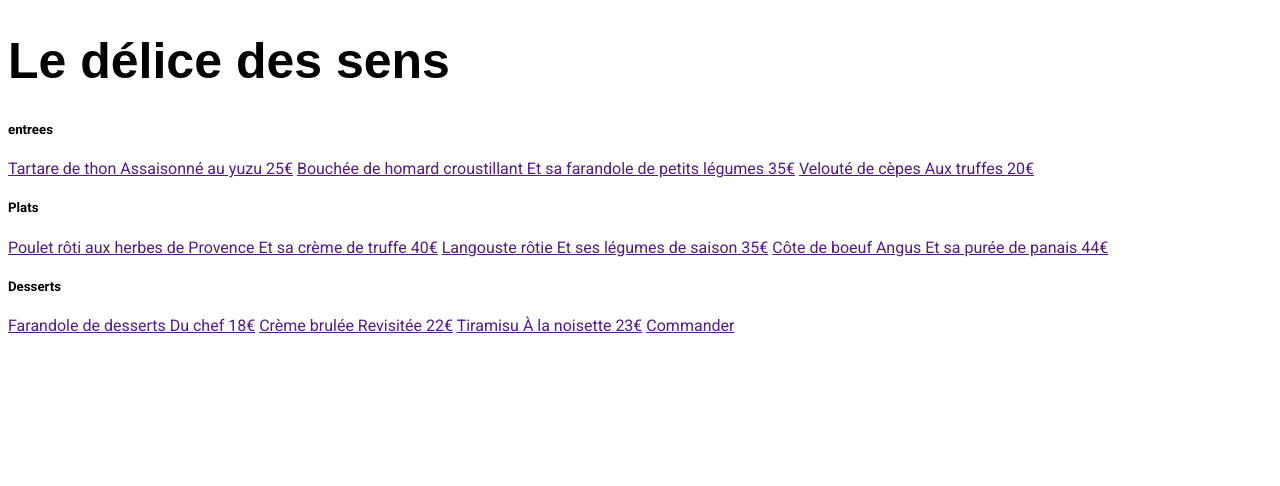
Repository: lysianebo/OHMYFOOD
Page: Le_délice_des sens.html
These files come from the project's save history. The page is drawn as it stood at one moment and after the next save; the edit follows.
The browser window is 1280 px wide. The pictures show the whole page.
Some web fonts or font styles are not loaded; a fallback is used. Some web libraries are served in a nearby version.

Above is the page before, as saved 2022-10-28 16:46:18.

### Le_délice_des sens.html
<!DOCTYPE html>
<html lang="en">
<head>
    <meta charset="UTF-8">
    <meta http-equiv="X-UA-Compatible" content="IE=edge">
    <meta name="viewport" content="width=device-width, initial-scale=1.0">
    <link rel="stylesheet" href="public/css/main.css"/>

    <title>Document</title>
</head>

<body>
    <h1>Le délice des sens</h1>

   <h5 class="bordered-bottom">entrees</h5>
   <a href="" class="btn grey">Tartare de thon
    Assaisonné au yuzu
    25€</a>

    <a href="" class="btn grey">Bouchée de homard croustillant
    Et sa farandole de petits légumes
    35€</a>

    <a href="" class="btn grey">Velouté de cèpes
    Aux truffes
    20€</a>

    <h5 class="bordered-bottom">Plats</h5>
    <a href="" class="btn grey">Poulet rôti aux herbes de Provence
    Et sa crème de truffe
    40€</a></a>


    <a href="" class="btn grey">Langouste rôtie Et ses légumes de saison
    35€</a>

    <a href="" class="btn grey">Côte de boeuf Angus
    Et sa purée de panais
    44€</a>

    <h5 class="bordered-bottom">Desserts</h5>
    <a href="" class="btn grey">Farandole de desserts
    Du chef
    18€</a>

    <a href="" class="btn grey">Crème brulée
    Revisitée
    22€</a>

    <a href="" class="btn grey">Tiramisu
    À la noisette
    23€</a>

    <a href="" class="btn pink">Commander</a>

</body>
</html>

### public/css/main.css
@import url("https://fonts.googleapis.com/css2?family=Roboto:wght@400;500;700;900&display=swap");
@import url("https://fonts.googleapis.com/css2?family=Shrikhand&display=swap");
@import url("https://cdnjs.cloudflare.com/ajax/libs/font-awesome/6.1.2/css/all.css");
body {
  font-family: Roboto, sans-serif;
  font-size: 16px;
}

h1 {
  font-family: Shrikhand, sans-serif;
  font-size: 50px;
  font-weight: 700;
  line-height: 1.1;
}

h4 {
  font-family: Shrikhand, sans-serif;
  font-size: 30px;
}

ul {
  list-style-type: none;
  text-decoration: none;
}

span {
  font-family: Roboto, sans-serif;
  font-size: 50px;
}

/*# sourceMappingURL=main.css.map */

After the next save:
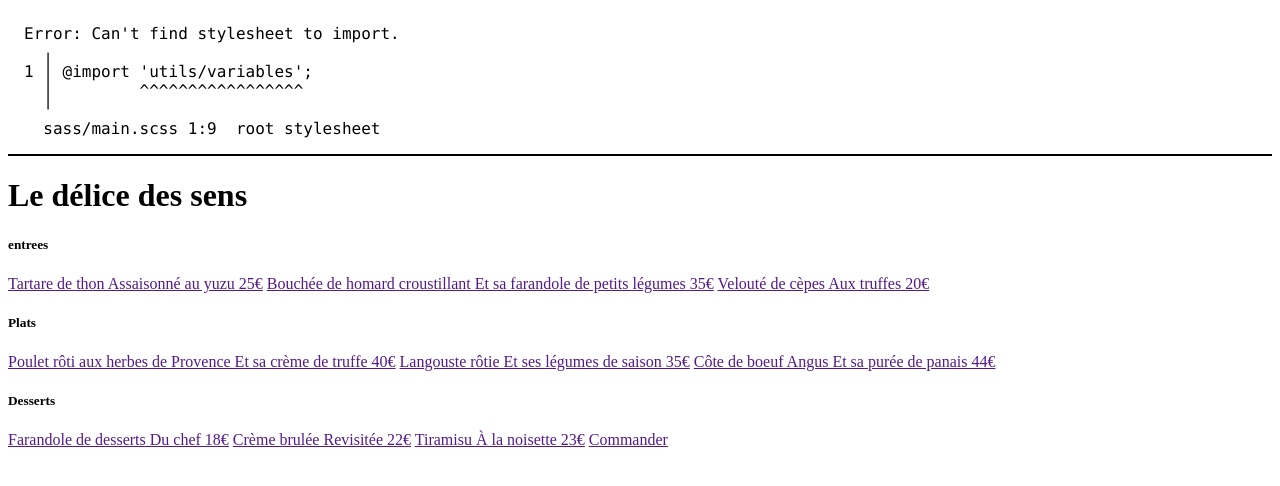
Saved 18 h 23 min later.
--- a/public/css/main.css
+++ b/public/css/main.css
@@ -1,31 +1,11 @@
-@import url("https://fonts.googleapis.com/css2?family=Roboto:wght@400;500;700;900&display=swap");
-@import url("https://fonts.googleapis.com/css2?family=Shrikhand&display=swap");
-@import url("https://cdnjs.cloudflare.com/ajax/libs/font-awesome/6.1.2/css/all.css");
-body {
-  font-family: Roboto, sans-serif;
-  font-size: 16px;
+
+body::before {
+  font-family: "Source Code Pro", "SF Mono", Monaco, Inconsolata, "Fira Mono",
+      "Droid Sans Mono", monospace, monospace;
+  white-space: pre;
+  display: block;
+  padding: 1em;
+  margin-bottom: 1em;
+  border-bottom: 2px solid black;
+  content: "Error: Can't find stylesheet to import.\a   \2577 \a 1 \2502  @import 'utils/variables';\a   \2502          ^^^^^^^^^^^^^^^^^\a   \2575 \a   sass/main.scss 1:9  root stylesheet";
 }
-
-h1 {
-  font-family: Shrikhand, sans-serif;
-  font-size: 50px;
-  font-weight: 700;
-  line-height: 1.1;
-}
-
-h4 {
-  font-family: Shrikhand, sans-serif;
-  font-size: 30px;
-}
-
-ul {
-  list-style-type: none;
-  text-decoration: none;
-}
-
-span {
-  font-family: Roboto, sans-serif;
-  font-size: 50px;
-}
-
-/*# sourceMappingURL=main.css.map */
